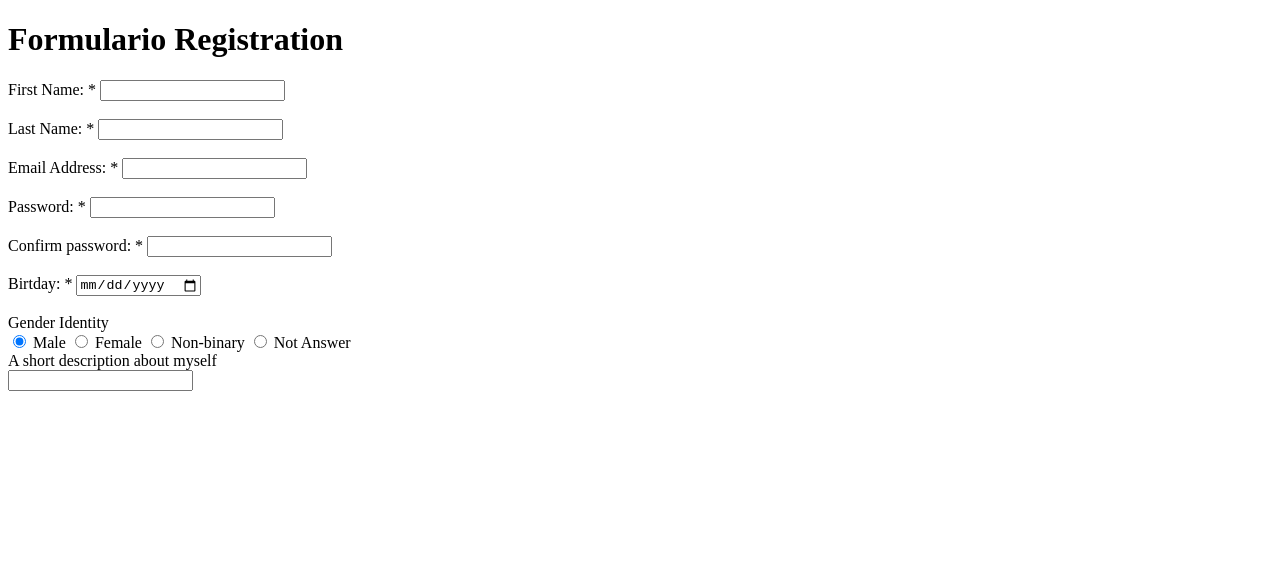
Repository: Fredy452/Fundamentos_de_la_Web
Page: Trabajos/Formulario/index.html
An editor plug-in stored every save of this project. The page is shown before and after the next save, followed by the edit.
The browser window is 1280 px wide. The pictures show the whole page.

Above is the page before, as saved 2023-06-14 18:21:48.

After the next save:
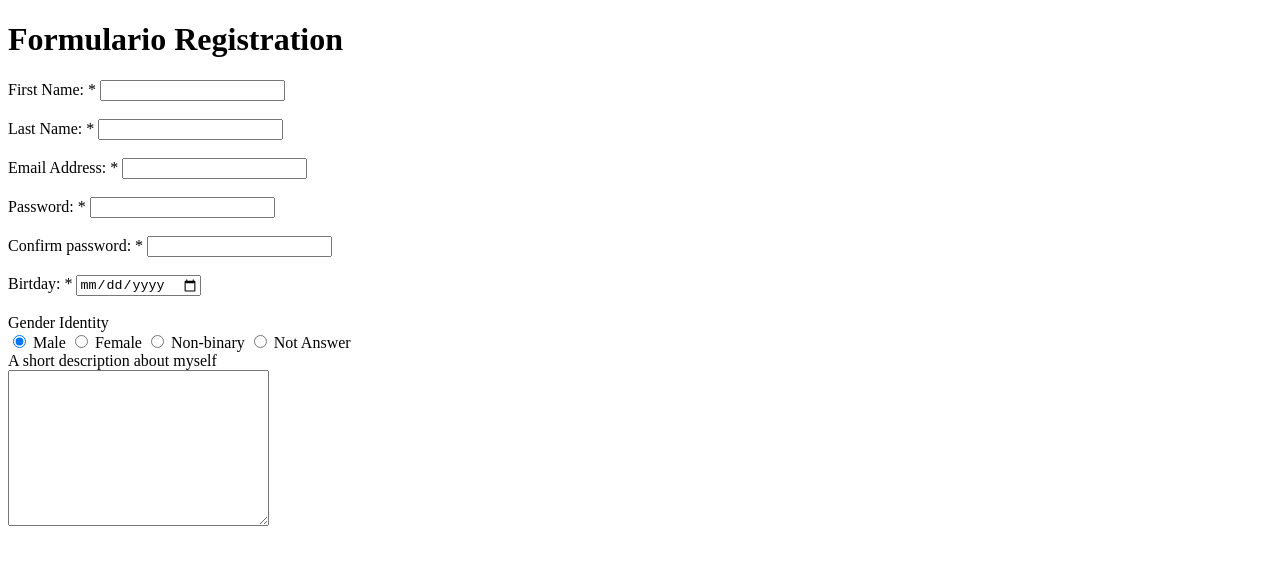
Saved 63 s later.
--- a/Trabajos/Formulario/index.html
+++ b/Trabajos/Formulario/index.html
@@ -36,7 +36,7 @@
             <input type="radio" name="not-answer" value="other">
             <label for="male">Not Answer</label><br>
         <label for="description">A short description about myself</label><br>
-        <input type="textarea" name="description" id="description">
+        <textarea name="description" id="description" cols="30" rows="10"></textarea>
     </form>
 </body>
 </html>
